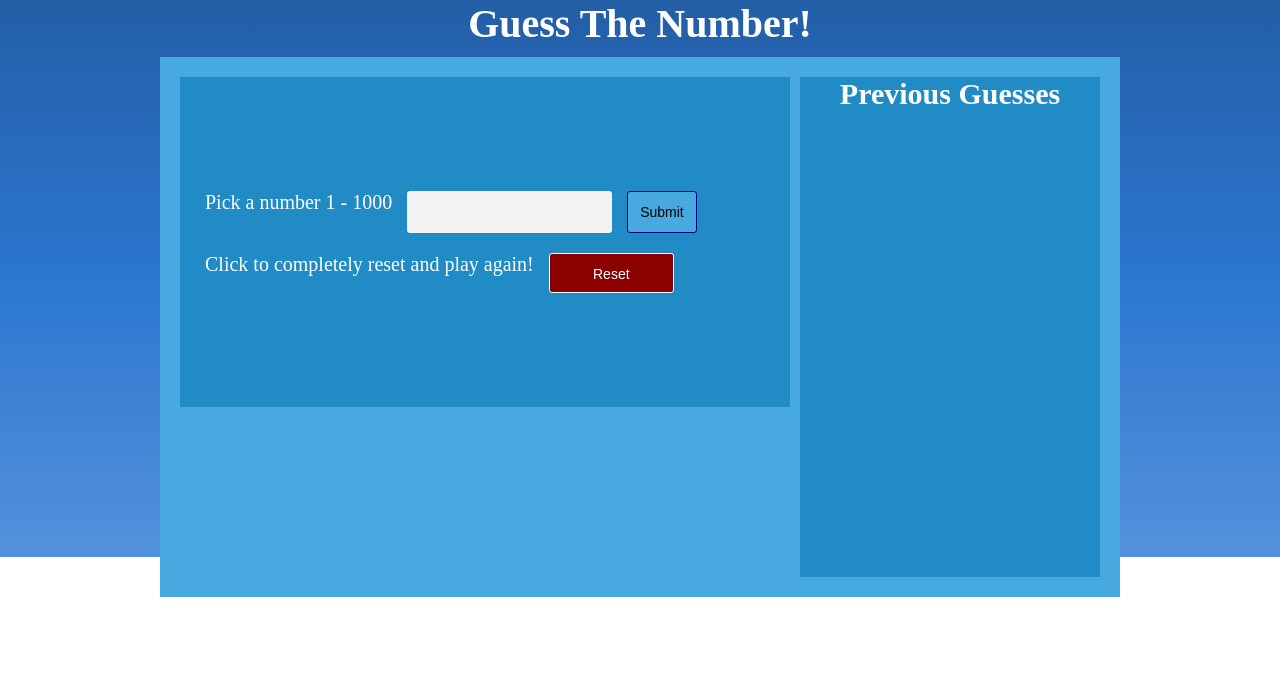
Repository: mlmEFSC21/P15-Modified-Guessing-Game
Page: guess.html
The author's editor kept a copy of each file at every save. The page is drawn from the files as they stood at one save, then again after the next save.
The browser window is 1280 px wide. The pictures show the whole page.

Above is the page before, as saved 2022-03-21 21:42:06.

After the next save:
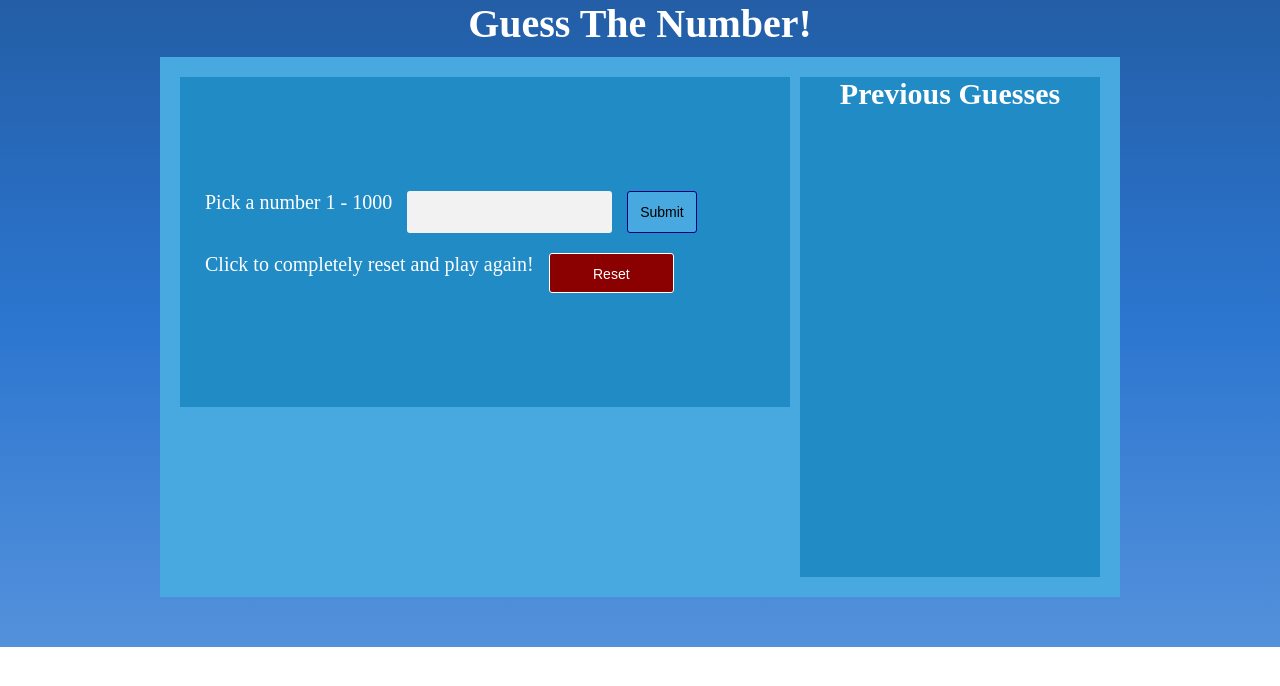
Saved 7 s later.
--- a/guess.css
+++ b/guess.css
@@ -19,7 +19,7 @@ body {
     background-size: cover;
     color: white;
     font-size: 20px;
-    margin-bottom: -50px;
+    margin-bottom: 50px;
 }
 .pageTitle {
     text-align: center;
